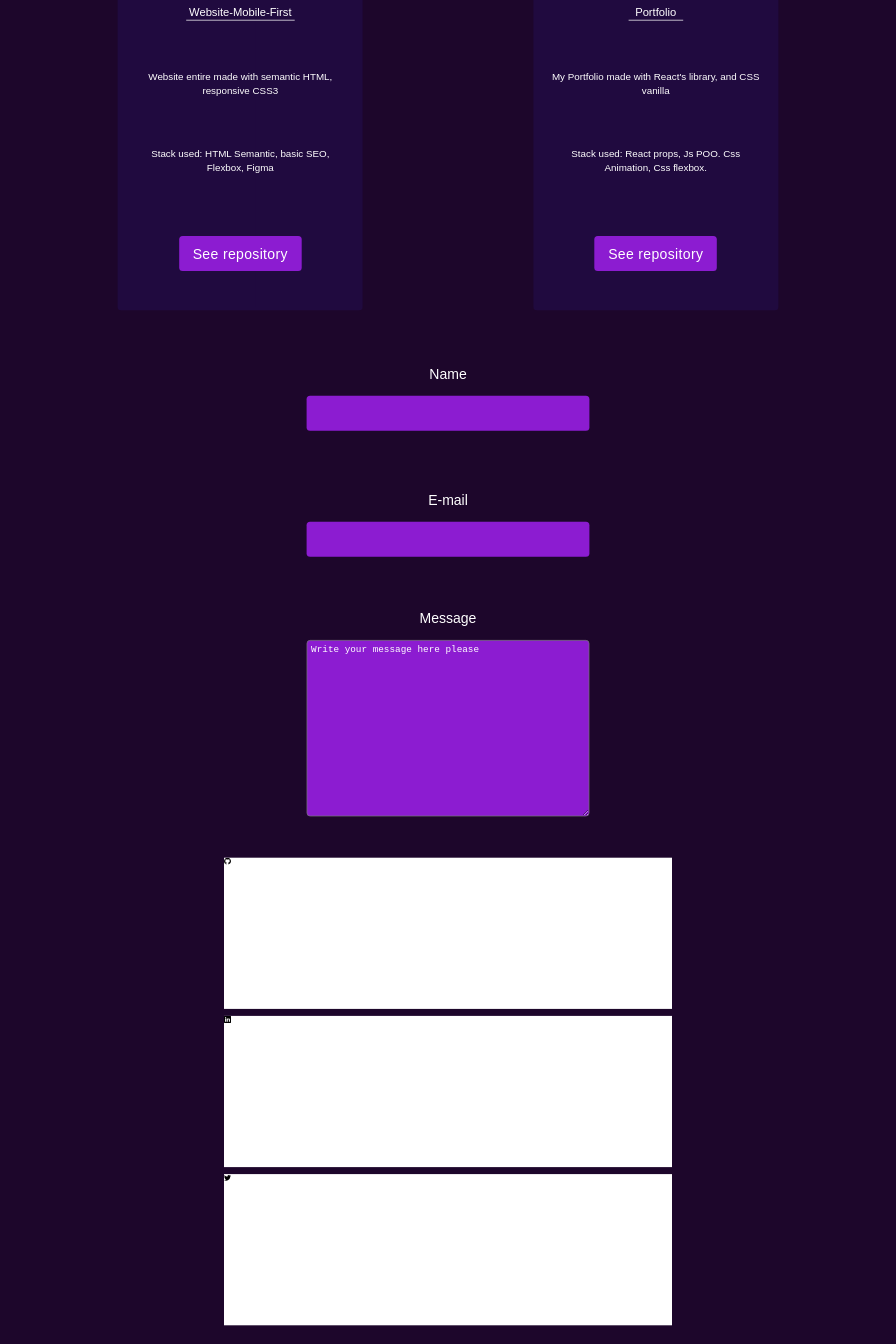
Repository: ChristianGecchelin/portfolio-web
Page: /
These files come from the project's save history. The page is drawn as it stood at one moment and after the next save; the edit follows.
The browser window is 1280 px wide. The pictures show the part of the page from y = 2435 to 4355 px (the page is 4355 px tall), at 70% of full size.
The project was rebuilt for these pictures with package versions that can differ from the ones it lists, and the page was loaded fresh each time.

Above is the page before, as saved 2022-01-22 17:42:28.

After the next save:
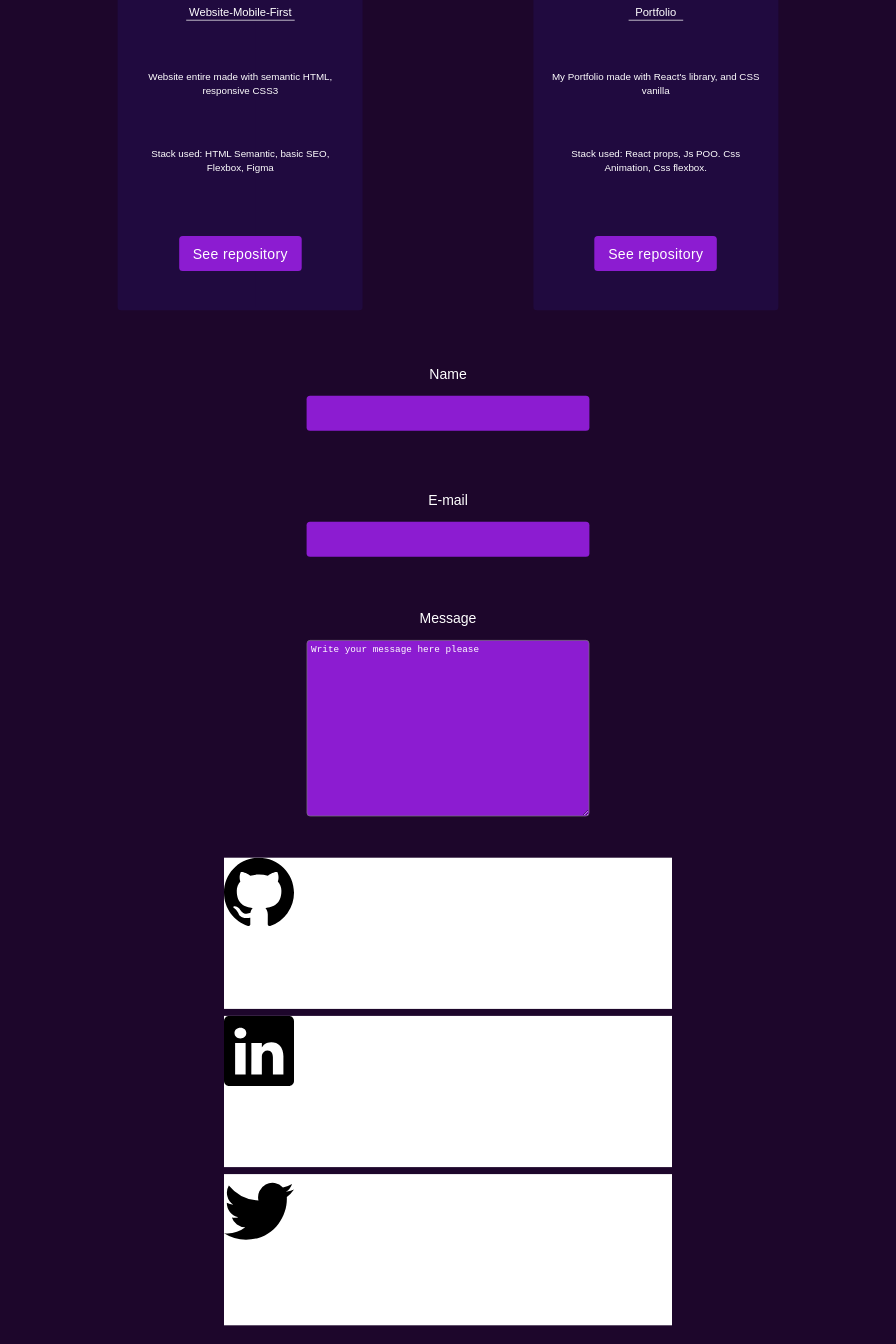
Saved 56 s later.
--- a/src/ContactMe/ContactMe.css
+++ b/src/ContactMe/ContactMe.css
@@ -83,3 +83,7 @@
   height: 30%;
   background: #fff;
 }
+.socialNetwork-container .card-container svg {
+  width: 10rem;
+  height: 10rem;
+}
